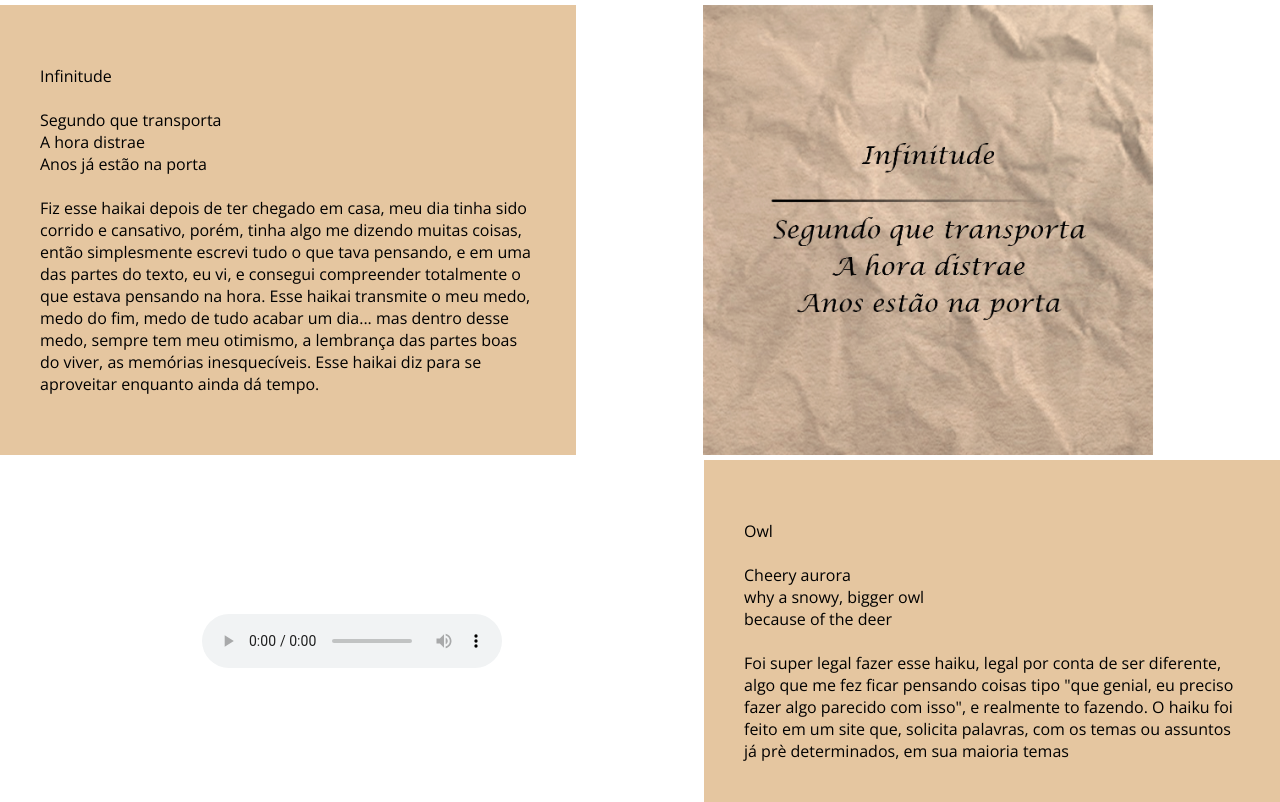
Repository: NewMatheusED/portfolio-linguagens
Page: index.html
The author's editor kept a copy of each file at every save. The page is drawn from the files as they stood at one save, then again after the next save.
The browser window is 1280 px wide. The pictures show the part of the page from y = 1212 to 2014 px (the page is 2322 px tall before and 2344 px after).
A picture or video elsewhere on the page could not be fetched, so the positions and the page height are approximate.

Above is the page before, as saved 2022-11-20 09:49:17.

After the next save:
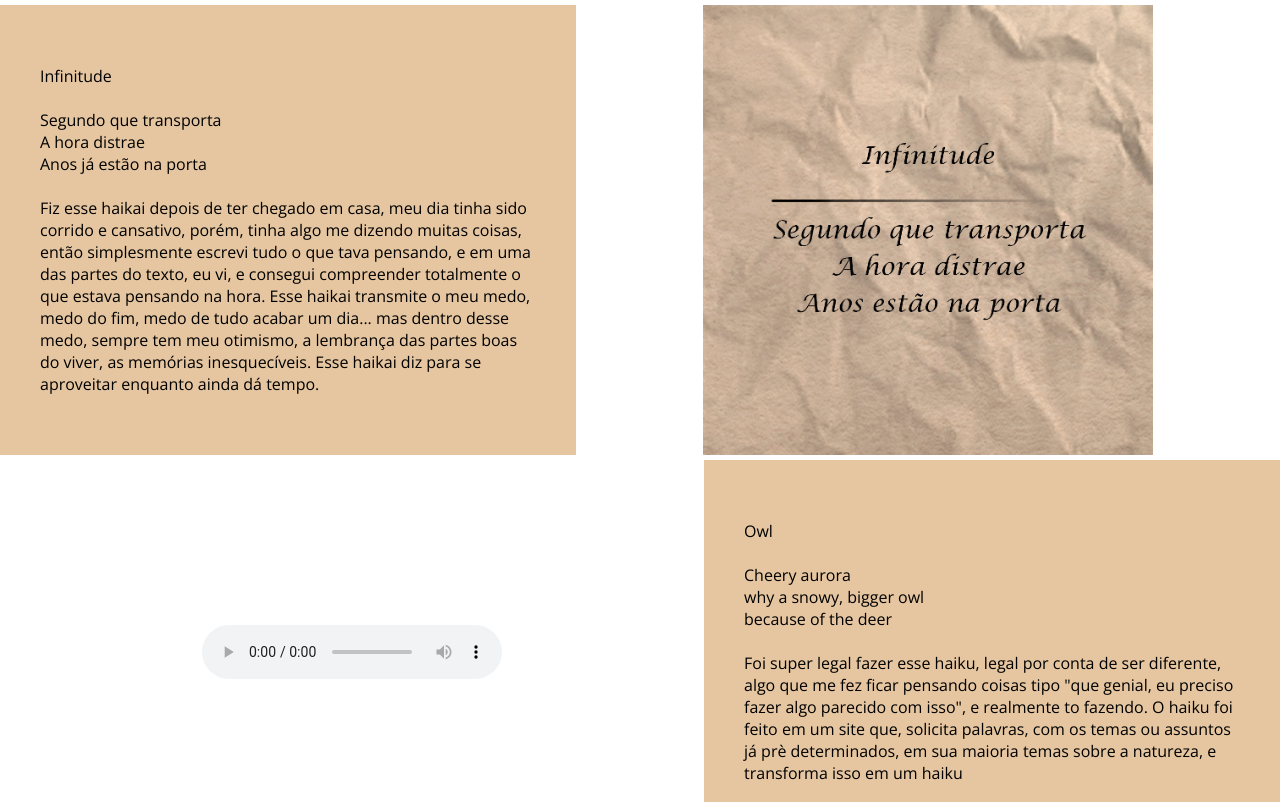
Saved 12 s later.
--- a/index.html
+++ b/index.html
@@ -83,7 +83,7 @@
                         Cheery aurora<br>
                         why a snowy, bigger owl<br>
                         because of the deer<br><br>
-                    Foi super legal fazer esse haiku, legal por conta de ser diferente, algo que me fez ficar pensando coisas tipo "que genial, eu preciso fazer algo parecido com isso", e realmente to fazendo. O haiku foi feito em um site que, solicita palavras, com os temas ou assuntos já prè determinados, em sua maioria temas </p>
+                    Foi super legal fazer esse haiku, legal por conta de ser diferente, algo que me fez ficar pensando coisas tipo "que genial, eu preciso fazer algo parecido com isso", e realmente to fazendo. O haiku foi feito em um site que, solicita palavras, com os temas ou assuntos já prè determinados, em sua maioria temas sobre a natureza, e transforma isso em um haiku</p>
                 </div><!--item-2-mosaico-->
             </div><!--flex-mosaico-->
         </div><!--container-->
